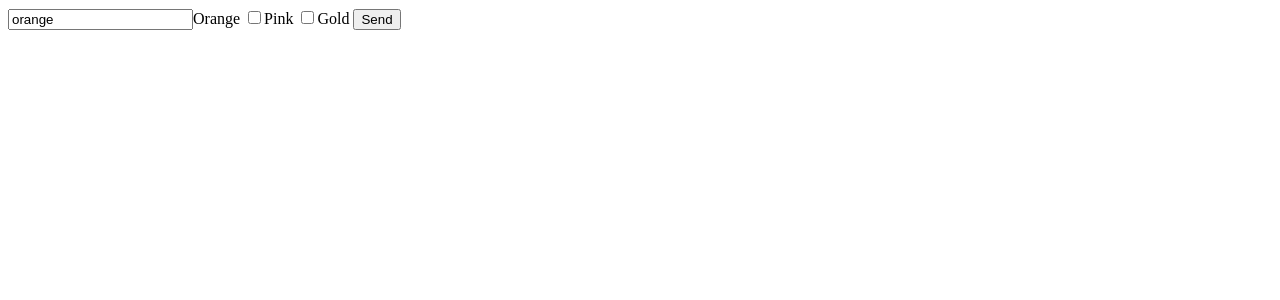
Repository: ponchanx/basic_php_webdev-master
Page: http://localhost/work/web/index.php
The author's editor kept a copy of each file at every save. The page is drawn from the files as they stood at one save, then again after the next save.
The browser window is 1280 px wide. The pictures show the whole page.
The page is run by PHP 8.4 with error messages shown; the project is at /var/www/html/.

Above is the page before, as saved 2022-02-18 13:21:08.

### work/web/index.php
<?php

/*function.phpにうつした関数を読み込むため。
  index.phpがある一つ上のフォルダのappの中の〜と書いてやれば良い。
  また、function.phpは読み込みを失敗したら処理を止めて欲しいので、reqire。
*/
require('../app/functions.php');

/*heder.phpの方は読み込みに失敗しても処理を止めるほどではないので、include。*/
include('../app/_parts/_header.php');

?>


<form action="result.php" method="get">
  <!-- <input type="text" name="message"> -->
  <!-- 複数行の文字列を送信するtextarea。  -->
  <!-- <textarea name="message"></textarea> -->

  <label><input type="" name="colors[]" value="orange">Orange</label>
  <label><input type="checkbox" name="colors[]" value="pink">Pink</label>
  <label><input type="checkbox" name="colors[]" value="gold">Gold</label>
  <button>Send</button>
</form>

<?php

include('../app/_parts/_footer.php');

### work/app/functions.php
<?php

//よく使うため短い関数にしてあげる。今回はh
function h($str)
{
  return htmlspecialchars($str, ENT_QUOTES, 'UTF-8');
}

/*phpではhtmlに値を埋め込む時には、悪意のページに飛ばされたりのないように
　htmlのタグとして解釈されないように文字実体参照に変換する必要がある。
 htmlspcialchars()を使う。すとただの文字列として表示される
*/

### work/app/_parts/_header.php
<!DOCTYPE html>
<html lang="ja">
<head>
  <meta charset="utf-8">
  <title>PHP Practice</title>
</head>
<body>

Loaded but not shown: work/app/_parts/_footer.php (common file)

After the next save:
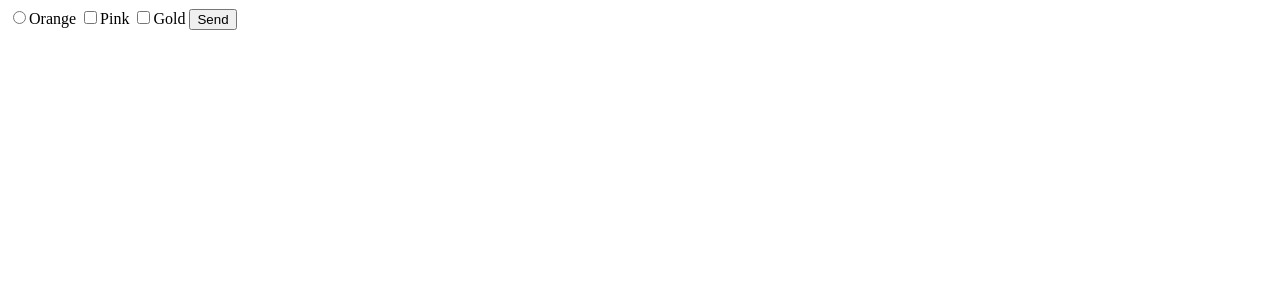
Saved 4 s later.
--- a/work/web/index.php
+++ b/work/web/index.php
@@ -17,7 +17,7 @@ include('../app/_parts/_header.php');
   <!-- 複数行の文字列を送信するtextarea。  -->
   <!-- <textarea name="message"></textarea> -->
 
-  <label><input type="" name="colors[]" value="orange">Orange</label>
+  <label><input type="radio" name="colors[]" value="orange">Orange</label>
   <label><input type="checkbox" name="colors[]" value="pink">Pink</label>
   <label><input type="checkbox" name="colors[]" value="gold">Gold</label>
   <button>Send</button>
